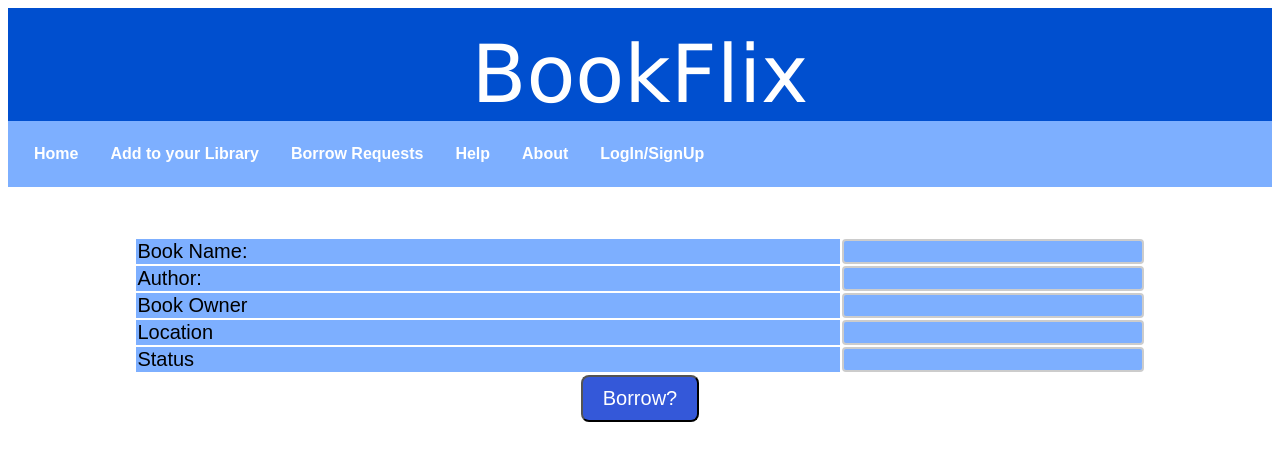
Repository: dan-10/Deloitte
Page: http://localhost/BookFlix/WEB-INF/views/status.jsp
An editor plug-in stored every save of this project. The page is shown before and after the next save, followed by the edit.
The browser window is 1280 px wide. The pictures show the whole page.
The page is served by Tomcat 9. Nobody is signed in. The template is opened directly, without the code that normally fills it, so the values that code supplies are empty.

Above is the page before, as saved 2019-08-09 04:49:25.

After the next save:
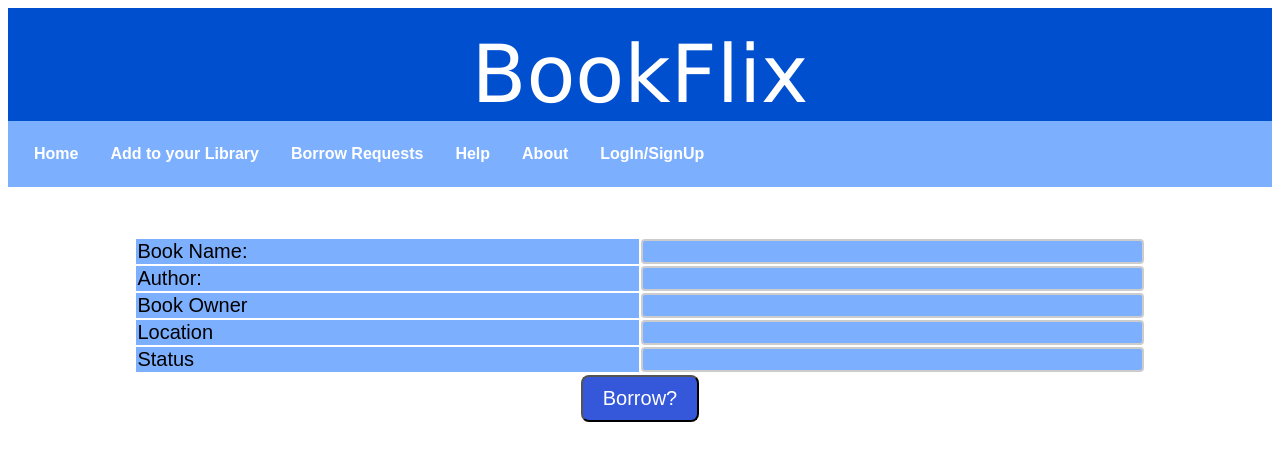
Saved 30 s later.
--- a/DeloitteTrainig/Final Project BookFlix/BookFlix/src/main/webapp/WEB-INF/views/status.jsp
+++ b/DeloitteTrainig/Final Project BookFlix/BookFlix/src/main/webapp/WEB-INF/views/status.jsp
@@ -40,6 +40,7 @@
 
 .td1{
 	background-color: #7dafff;
+	width: 30%;
 }
 
 .td {
